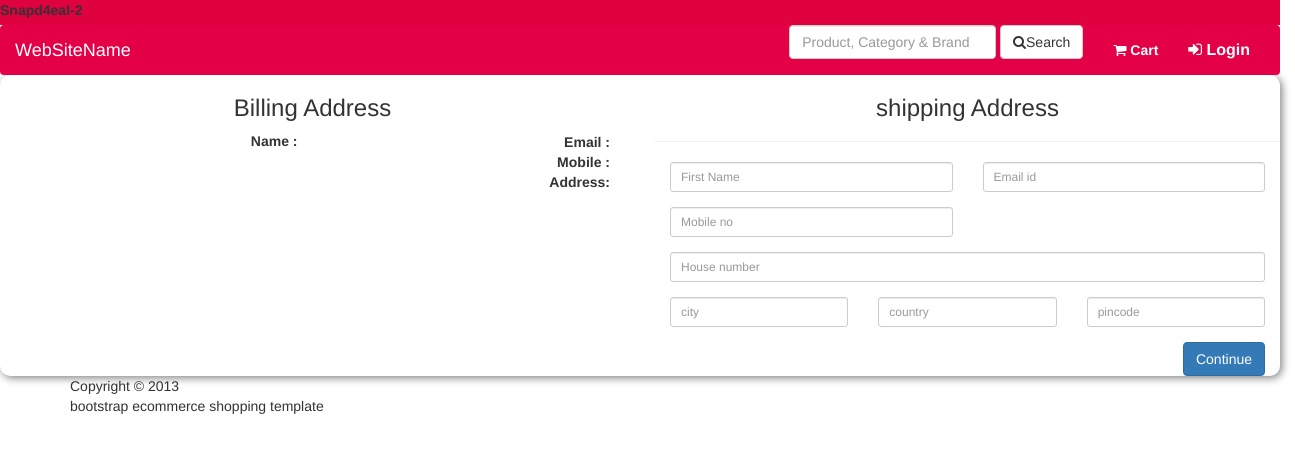
Repository: Aryans26/project
Page: http://localhost/frontend/WEB-INF/views/addressorder.jsp
These files come from the project's save history. The page is drawn as it stood at one moment and after the next save; the edit follows.
The browser window is 1280 px wide. The page is 1295 px wide, so the pictures cover 1295 px, including what lies to the right of the window. The pictures show the whole page.
Some web libraries are served in a nearby version. The page is served by Tomcat 9. Nobody is signed in. The template is opened directly, without the code that normally fills it, so the values that code supplies are empty.

Above is the page before, as saved 2017-06-21 09:30:11.

After the next save:
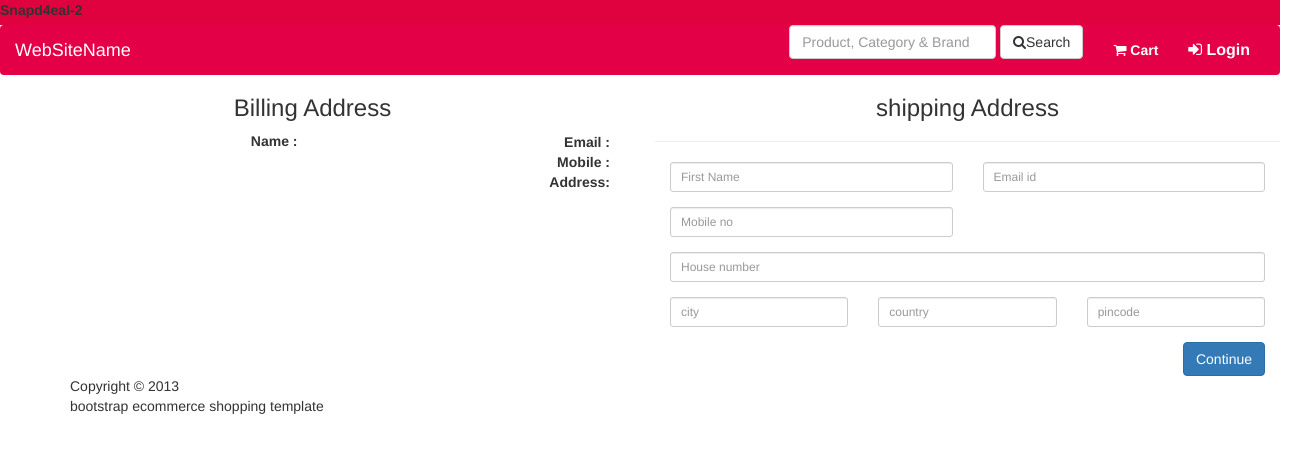
Saved 20 s later.
--- a/frontend/src/main/webapp/WEB-INF/views/addressorder.jsp
+++ b/frontend/src/main/webapp/WEB-INF/views/addressorder.jsp
@@ -17,7 +17,7 @@
 </head>
 <body>
 	<%@include file="navbar.jsp"%>
-	<div class="box-shadow border-radius">
+	<div class="border-radius">
 
 	<div class="row">
 
